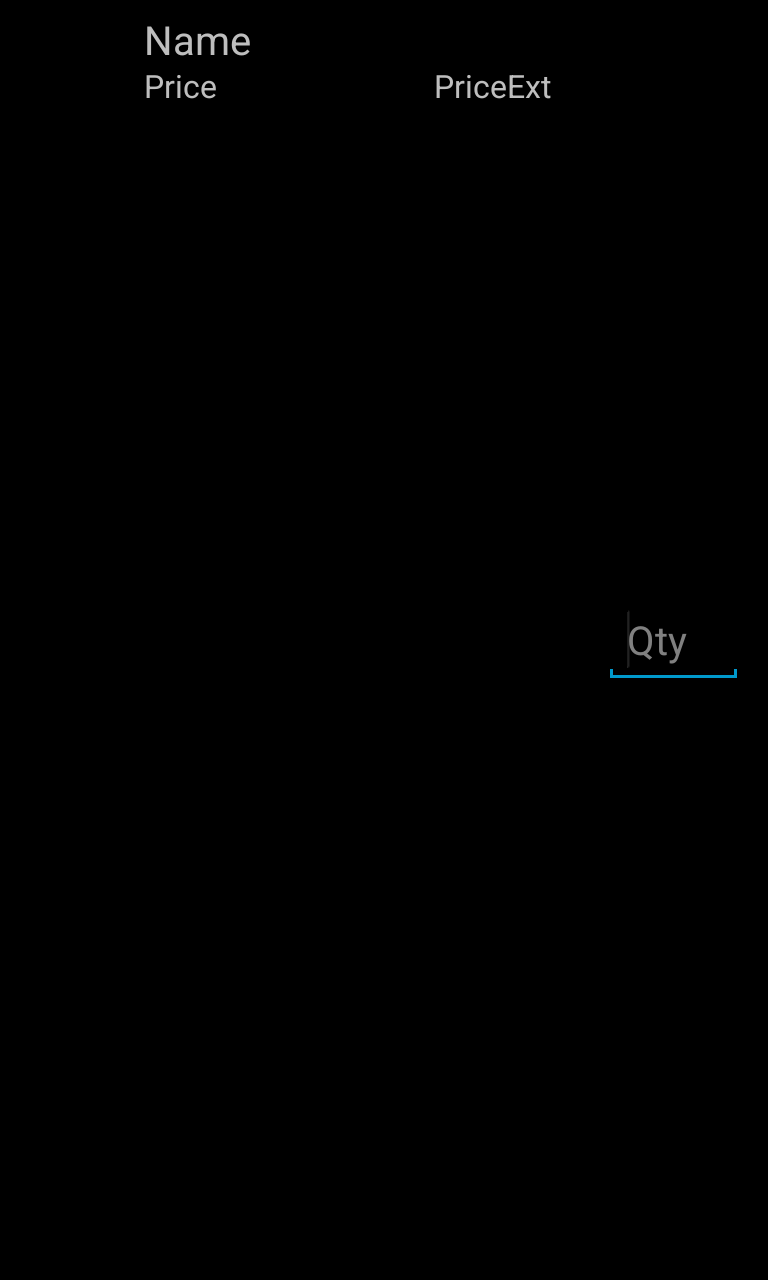
Repository: Adammdit/DT2283GUI
Layout: GunSmoke/res/layout/listrow_details.xml
These files come from the project's save history. The layout is drawn as it stood at one moment and after the next save; the edit follows.
It is drawn on a 768 x 1280 px phone screen (xhdpi) without system bars, with theme android:Theme.Holo; the app's code is not run.

Above is the layout before, as saved 2014-11-07 17:10:09.

### GunSmoke/res/layout/listrow_details.xml
<?xml version="1.0" encoding="utf-8"?>
<RelativeLayout xmlns:android="http://schemas.android.com/apk/res/android"
    android:layout_width="fill_parent"
    android:layout_height="wrap_content"
    android:orientation="vertical"
    android:background="brown"
    android:padding="6dip" >

    <ImageView
        android:id="@+id/weaponeImage"
        android:layout_width="60dip"
        android:layout_height="60dip"
        android:layout_alignParentLeft="true"
        android:layout_alignParentTop="true"
        android:layout_marginRight="6dip" />

    <TextView
        android:id="@+id/weaponeName"
        android:layout_width="wrap_content"
        android:layout_height="26dip"
        android:layout_toRightOf="@+id/weaponeImage"
     	android:textSize="20sp"
        android:text="Name" />

    <TextView
        android:id="@+id/weaponPrice"
        android:layout_width="wrap_content"
        android:layout_height="26dp"
        android:layout_below="@+id/weaponeName"
        android:layout_toRightOf="@+id/weaponeImage"
		android:textSize="16sp"
		android:text="Price" />

    <TextView
        android:id="@+id/weaponExt"
        android:layout_width="wrap_content"
        android:layout_height="26dp"
        android:layout_below="@+id/weaponeName"
        android:layout_toLeftOf="@+id/qty"
        android:layout_marginRight="26dip"
        android:textSize="16sp"
        android:text="PriceExt" />


    <EditText
        android:id="@+id/qty"
        android:layout_width="wrap_content"
        android:layout_height="45dip"
        android:layout_alignParentRight="true"
        android:layout_centerVertical="true"
        android:layout_marginRight="6dip"
        android:textSize="20sp"
        android:ems="3"
        android:hint="Qty"
        android:inputType="number" >
        <requestFocus />
    </EditText>
</RelativeLayout>

After the next save:
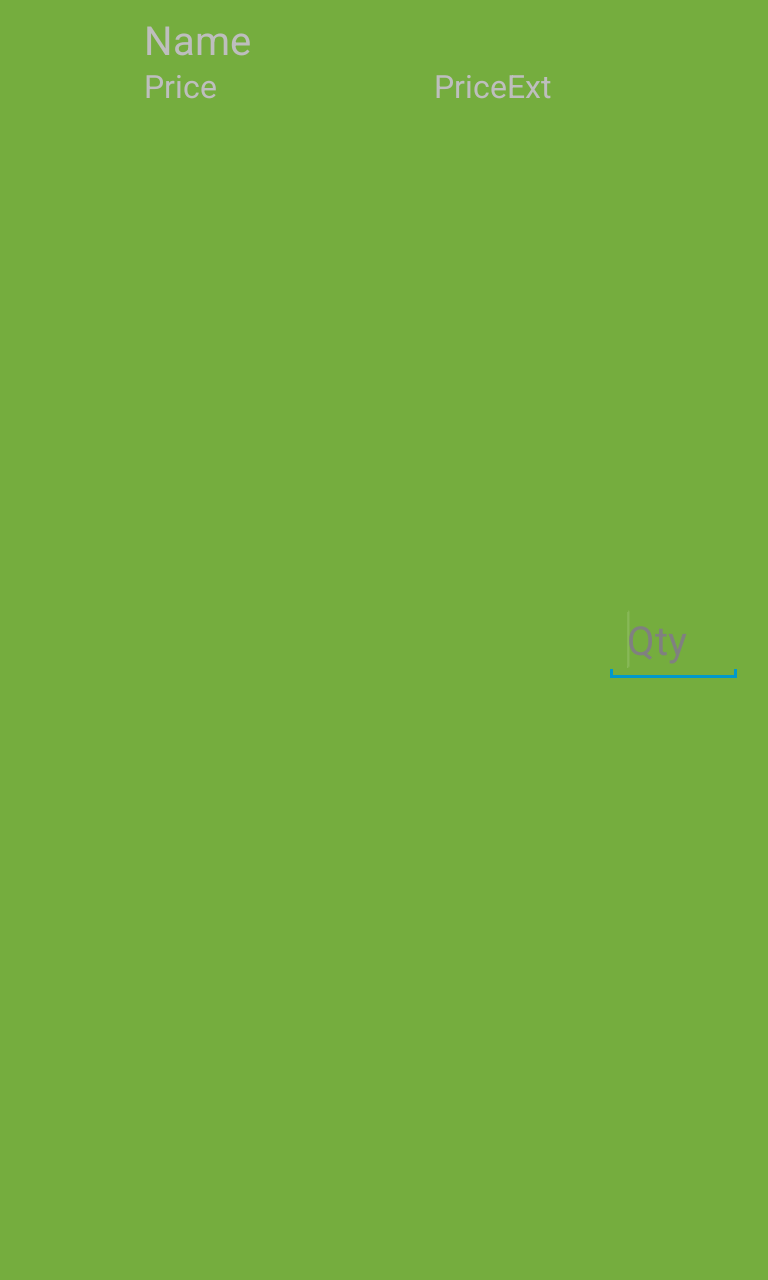
Saved 91 s later.
--- a/GunSmoke/res/layout/listrow_details.xml
+++ b/GunSmoke/res/layout/listrow_details.xml
@@ -3,7 +3,7 @@
     android:layout_width="fill_parent"
     android:layout_height="wrap_content"
     android:orientation="vertical"
-    android:background="brown"
+    android:background="#75AD3E"
     android:padding="6dip" >
 
     <ImageView
